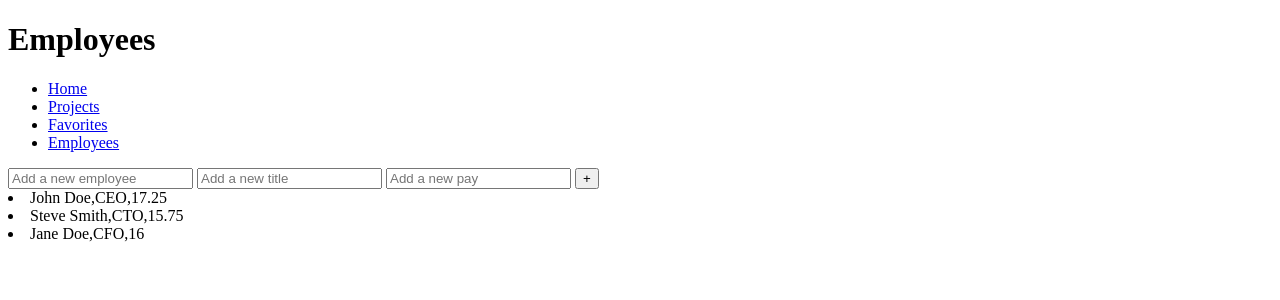
Repository: Kayla-amr/workApp
Page: client/employees.html
The author's editor kept a copy of each file at every save. The page is drawn from the files as they stood at one save, then again after a run of saves.
The browser window is 1280 px wide. The pictures show the whole page.

Above is the page before, as saved 2023-12-04 06:17:55.
Console error: ReferenceError: employee is not defined

After the next 5 saves:
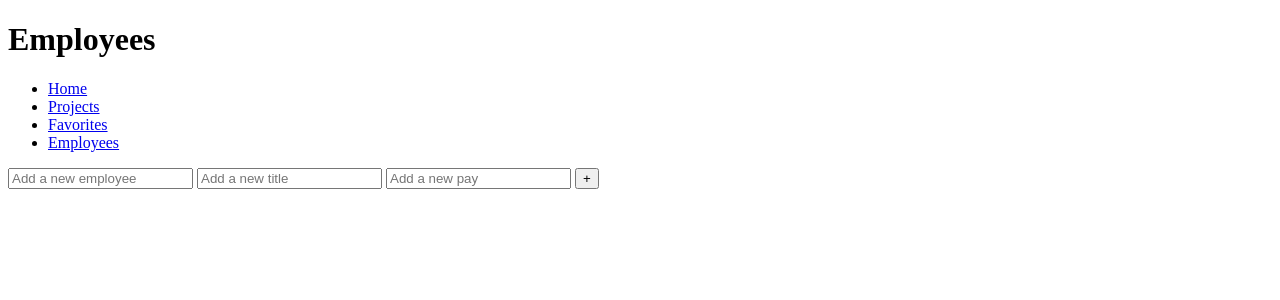
Console error: SyntaxError: missing ) after argument list
The 5 saves are shown as one change because they came seconds apart.
The last was saved 17 s later.
--- a/client/src/main.js
+++ b/client/src/main.js
@@ -89,7 +89,9 @@
 }
 
 addEmployee = document.querySelector('.addEmployee');
-addEmployee.addEventListener('click', addEmployee);
+addEmployee.addEventListener('click', (event)=>{
+
+}
 
 function viewWork(employees) {
     employeeList.innerText = '';

After the 4 saves that followed:
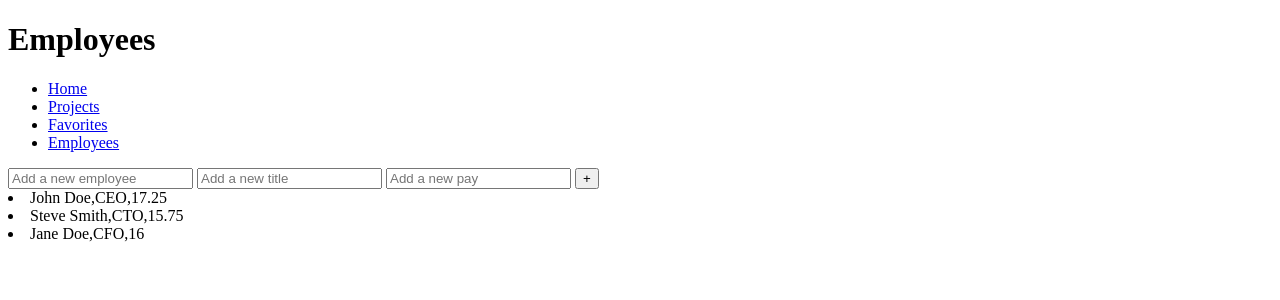
Console error: ReferenceError: employee is not defined
The 4 saves are shown as one change because 2 left the picture as it was and some came seconds apart.
The last was saved 27 s later.
--- a/client/src/main.js
+++ b/client/src/main.js
@@ -90,8 +90,10 @@
 
 addEmployee = document.querySelector('.addEmployee');
 addEmployee.addEventListener('click', (event)=>{
-
+    addEmployee();
+    viewWork(employees);
 }
+);
 
 function viewWork(employees) {
     employeeList.innerText = '';
